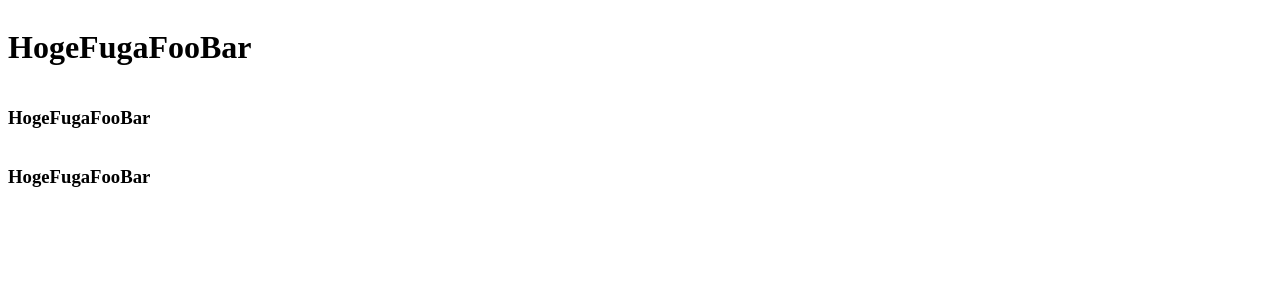
Repository: KanemotoWataru/samurai_HTML-CSS
Page: hoge.html
The author's editor kept a record of every edit. The page is drawn from the files as they stood at one moment, then again after the next edit.
The browser window is 1280 px wide. The pictures show the whole page.

Above is the page before.

### hoge.html
<html lang="ja">
    <head>
        <style>
            #no-wrap{
                display: flex;
                flex-wrap: nowrap;
            }

            #wrap{
                display: flex;
                flex-wrap: wrap;
            }

            #wrap-reverse{
                display: flex;
                flex-wrap:wrap-reverse;
            }

        </style>
    </head>
    <body>
        <div id="no-wrap">
            <h1>Hoge</h1>
            <h1>Fuga</h1>
            <h1>Foo</h1>
            <h1>Bar</h1>
        </div>

         <div id="wrap">
            <h3>Hoge</h3>
            <h3>Fuga</h3>
            <h3>Foo</h3>
            <h3>Bar</h3>
        </div>

        <div id="wrap-reverse">
            <h3>Hoge</h3>
            <h3>Fuga</h3>
            <h3>Foo</h3>
            <h3>Bar</h3>
        </div>

    </body>
</html>

After the next edit:
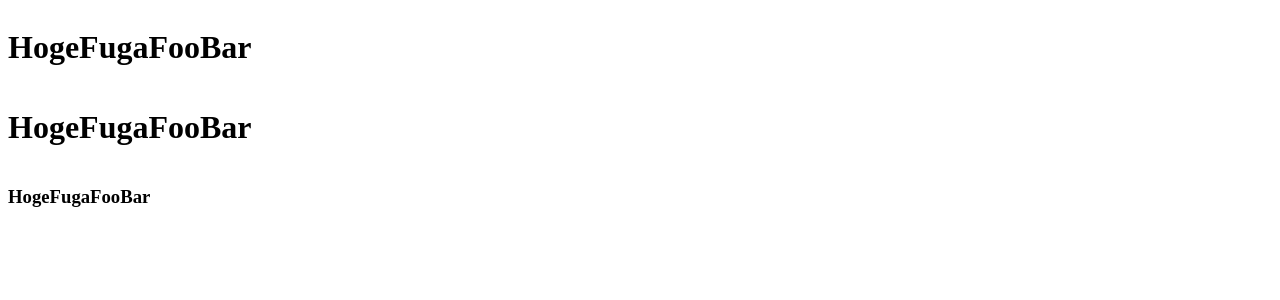
The edit:
--- a/hoge.html
+++ b/hoge.html
@@ -27,10 +27,10 @@
         </div>
 
          <div id="wrap">
-            <h3>Hoge</h3>
-            <h3>Fuga</h3>
-            <h3>Foo</h3>
-            <h3>Bar</h3>
+           <h1>Hoge</h1>
+            <h1>Fuga</h1>
+            <h1>Foo</h1>
+            <h1>Bar</h1>
         </div>
 
         <div id="wrap-reverse">
